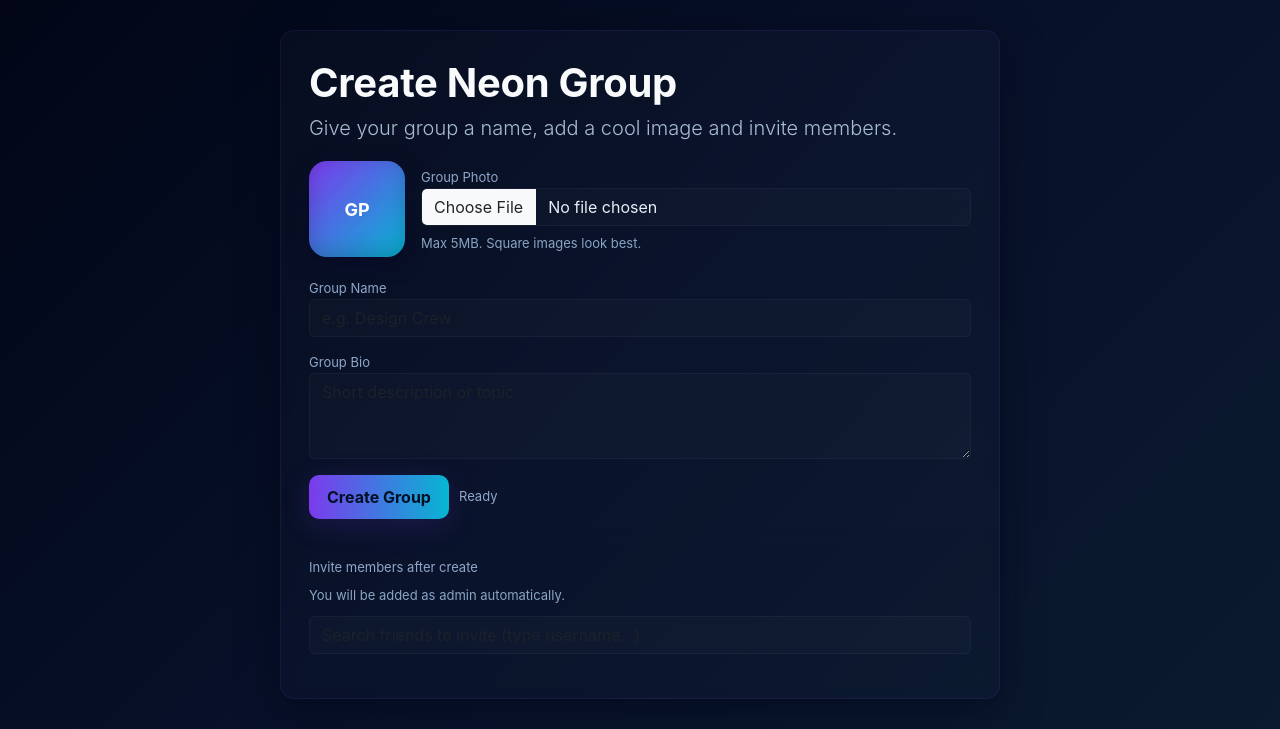
Repository: bharat132002/chat-app
Page: public/create-group.html
An editor plug-in stored every save of this project. The page is shown before and after the next save, followed by the edit.
The browser window is 1280 px wide. The pictures show the whole page.

Above is the page before, as saved 2025-12-10 17:45:32.

### public/create-group.html
<!doctype html>
<html>
<head>
  <meta charset="utf-8">
  <title>Create Group — Neon</title>

  <meta name="viewport" content="width=device-width,initial-scale=1">
  <link href="https://cdn.jsdelivr.net/npm/bootstrap@5.3.2/dist/css/bootstrap.min.css" rel="stylesheet">

  <style>
    :root{
      --bg:#0b0f1a; --panel:#0f1724; --accent:#7c3aed; --accent2:#06b6d4;
      color-scheme: dark;
    }
    body{ background: linear-gradient(135deg,#020617 0%, #071129 50%, #0b1a2f 100%); font-family: Inter, system-ui; min-height:100vh; color:#e6eef8; display:flex; align-items:center; justify-content:center; padding:30px;}
    .card{
      width:100%; max-width:720px; background: linear-gradient(180deg, rgba(255,255,255,0.02), rgba(255,255,255,0.01));
      border:1px solid rgba(124,58,237,0.12); padding:28px; border-radius:14px; box-shadow: 0 10px 40px rgba(2,6,23,0.6);
      backdrop-filter: blur(6px);
    }
    h1{ margin:0 0 6px 0; font-weight:700; color: #f8fafc; letter-spacing: -0.3px; }
    p.lead{ color: #cfe7ff; opacity:0.8; margin-bottom:18px; }
    .avatar-upload{ display:flex; gap:16px; align-items:center; }
    .avatar-preview{
      width:96px; height:96px; border-radius:18px; background:linear-gradient(135deg,var(--accent),var(--accent2)); display:flex; align-items:center; justify-content:center; color:white; font-weight:700; font-size:18px;
      box-shadow: 0 6px 20px rgba(7,6,43,0.6), inset 0 -6px 20px rgba(0,0,0,0.18);
    }
    .file-input{ color:#9fbce9; }
    .form-control{ background: rgba(255,255,255,0.02); border:1px solid rgba(255,255,255,0.04); color:#e6eef8; }
    .neon-btn{ background: linear-gradient(90deg,var(--accent),var(--accent2)); border:none; padding:10px 18px; color:#021024; font-weight:700; border-radius:10px; box-shadow: 0 6px 30px rgba(124,58,237,0.18); }
    .muted{ color: #a8c0e6; opacity:0.85; font-size:13px; }
    .members-list{ margin-top:16px; display:flex; gap:8px; flex-wrap:wrap; }
    .member-pill{ background: rgba(255,255,255,0.03); padding:8px 12px; border-radius:12px; border:1px solid rgba(255,255,255,0.03); }
    .small-note{ font-size:13px; color:#a9c9e9; opacity:0.8; margin-top:8px; }
  </style>
</head>
<body>
  <div class="card">
    <h1>Create Neon Group</h1>
    <p class="lead">Give your group a name, add a cool image and invite members.</p>

    <div class="avatar-upload">
      <div id="avatarPreview" class="avatar-preview">GP</div>
      <div style="flex:1">
        <label class="muted">Group Photo</label>
        <input id="photoInput" type="file" accept="image/*" class="form-control file-input" />
        <div class="small-note">Max 5MB. Square images look best.</div>
      </div>
    </div>

    <div style="margin-top:18px;">
      <label class="muted">Group Name</label>
      <input id="groupName" class="form-control" placeholder="e.g. Design Crew" />
    </div>

    <div style="margin-top:12px;">
      <label class="muted">Group Bio</label>
      <textarea id="groupBio" class="form-control" rows="3" placeholder="Short description or topic"></textarea>
    </div>

    <div style="display:flex; gap:10px; margin-top:16px; align-items:center;">
      <button id="createBtn" class="neon-btn">Create Group</button>
      <div id="status" class="muted">Ready</div>
    </div>

    <hr style="border-color: rgba(255,255,255,0.03); margin-top:18px;" />

    <div class="members-section">
      <label class="muted">Invite members after create</label>
      <div class="small-note">You will be added as admin automatically.</div>

      <div style="margin-top:10px;">
        <input id="searchMember" placeholder="Search friends to invite (type username...)" class="form-control" />
        <div id="searchResults" style="margin-top:10px;"></div>
        <div class="members-list" id="selectedMembers"></div>
        <button id="addMembersBtn" class="neon-btn" style="margin-top:12px; display:none;">Add Selected Members</button>
      </div>
    </div>
  </div>

</body>
</html>

After the next save:
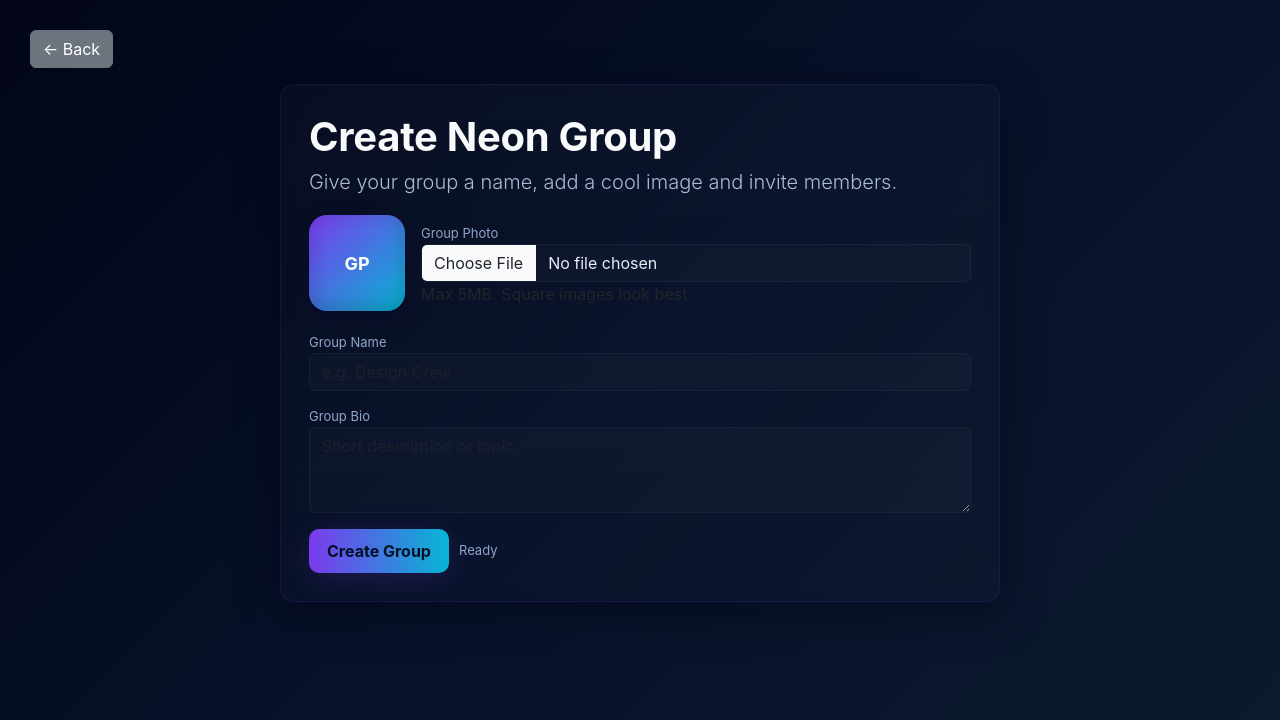
Saved 46 s later.
--- a/public/create-group.html
+++ b/public/create-group.html
@@ -12,33 +12,61 @@
       --bg:#0b0f1a; --panel:#0f1724; --accent:#7c3aed; --accent2:#06b6d4;
       color-scheme: dark;
     }
-    body{ background: linear-gradient(135deg,#020617 0%, #071129 50%, #0b1a2f 100%); font-family: Inter, system-ui; min-height:100vh; color:#e6eef8; display:flex; align-items:center; justify-content:center; padding:30px;}
+    body{ background: linear-gradient(135deg,#020617 0%, #071129 50%, #0b1a2f 100%);
+          font-family: Inter, system-ui;
+          min-height:100vh; color:#e6eef8;
+          padding:30px;
+    }
     .card{
-      width:100%; max-width:720px; background: linear-gradient(180deg, rgba(255,255,255,0.02), rgba(255,255,255,0.01));
-      border:1px solid rgba(124,58,237,0.12); padding:28px; border-radius:14px; box-shadow: 0 10px 40px rgba(2,6,23,0.6);
+      width:100%; max-width:720px; margin:auto;
+      background: linear-gradient(180deg, rgba(255,255,255,0.02), rgba(255,255,255,0.01));
+      border:1px solid rgba(124,58,237,0.12); padding:28px;
+      border-radius:14px; box-shadow: 0 10px 40px rgba(2,6,23,0.6);
       backdrop-filter: blur(6px);
     }
-    h1{ margin:0 0 6px 0; font-weight:700; color: #f8fafc; letter-spacing: -0.3px; }
+    h1{ margin:0 0 6px 0; font-weight:700; color: #f8fafc; letter-spacing:-0.3px; }
     p.lead{ color: #cfe7ff; opacity:0.8; margin-bottom:18px; }
     .avatar-upload{ display:flex; gap:16px; align-items:center; }
     .avatar-preview{
-      width:96px; height:96px; border-radius:18px; background:linear-gradient(135deg,var(--accent),var(--accent2)); display:flex; align-items:center; justify-content:center; color:white; font-weight:700; font-size:18px;
+      width:96px; height:96px; border-radius:18px;
+      background:linear-gradient(135deg,var(--accent),var(--accent2));
+      display:flex; align-items:center; justify-content:center;
+      color:white; font-weight:700; font-size:18px;
       box-shadow: 0 6px 20px rgba(7,6,43,0.6), inset 0 -6px 20px rgba(0,0,0,0.18);
+      background-size: cover;
+      background-position: center;
     }
     .file-input{ color:#9fbce9; }
-    .form-control{ background: rgba(255,255,255,0.02); border:1px solid rgba(255,255,255,0.04); color:#e6eef8; }
-    .neon-btn{ background: linear-gradient(90deg,var(--accent),var(--accent2)); border:none; padding:10px 18px; color:#021024; font-weight:700; border-radius:10px; box-shadow: 0 6px 30px rgba(124,58,237,0.18); }
+    .form-control{
+      background: rgba(255,255,255,0.02);
+      border:1px solid rgba(255,255,255,0.04);
+      color:#e6eef8;
+    }
+    .neon-btn{
+      background: linear-gradient(90deg,var(--accent),var(--accent2));
+      border:none; padding:10px 18px; color:#021024;
+      font-weight:700; border-radius:10px;
+      box-shadow: 0 6px 30px rgba(124,58,237,0.18);
+    }
     .muted{ color: #a8c0e6; opacity:0.85; font-size:13px; }
     .members-list{ margin-top:16px; display:flex; gap:8px; flex-wrap:wrap; }
-    .member-pill{ background: rgba(255,255,255,0.03); padding:8px 12px; border-radius:12px; border:1px solid rgba(255,255,255,0.03); }
-    .small-note{ font-size:13px; color:#a9c9e9; opacity:0.8; margin-top:8px; }
+    .member-pill{
+      background: rgba(255,255,255,0.03);
+      padding:8px 12px; border-radius:12px;
+      border:1px solid rgba(255,255,255,0.03);
+    }
   </style>
 </head>
+
 <body>
+
+  <button onclick="goBack()" class="btn btn-secondary mb-3">← Back</button>
+
   <div class="card">
     <h1>Create Neon Group</h1>
     <p class="lead">Give your group a name, add a cool image and invite members.</p>
 
+    <!-- Avatar Upload -->
     <div class="avatar-upload">
       <div id="avatarPreview" class="avatar-preview">GP</div>
       <div style="flex:1">
@@ -48,35 +76,82 @@
       </div>
     </div>
 
+    <!-- Group Name -->
     <div style="margin-top:18px;">
       <label class="muted">Group Name</label>
       <input id="groupName" class="form-control" placeholder="e.g. Design Crew" />
     </div>
 
+    <!-- Group Bio -->
     <div style="margin-top:12px;">
       <label class="muted">Group Bio</label>
       <textarea id="groupBio" class="form-control" rows="3" placeholder="Short description or topic"></textarea>
     </div>
 
+    <!-- Create Button -->
     <div style="display:flex; gap:10px; margin-top:16px; align-items:center;">
       <button id="createBtn" class="neon-btn">Create Group</button>
       <div id="status" class="muted">Ready</div>
     </div>
 
-    <hr style="border-color: rgba(255,255,255,0.03); margin-top:18px;" />
+  </div>
 
-    <div class="members-section">
-      <label class="muted">Invite members after create</label>
-      <div class="small-note">You will be added as admin automatically.</div>
+  <script>
+    function goBack() { window.location.href = "/index.html"; }
 
-      <div style="margin-top:10px;">
-        <input id="searchMember" placeholder="Search friends to invite (type username...)" class="form-control" />
-        <div id="searchResults" style="margin-top:10px;"></div>
-        <div class="members-list" id="selectedMembers"></div>
-        <button id="addMembersBtn" class="neon-btn" style="margin-top:12px; display:none;">Add Selected Members</button>
-      </div>
-    </div>
-  </div>
+    // Photo preview
+    document.getElementById("photoInput").addEventListener("change", function() {
+        const file = this.files[0];
+        if (!file) return;
+
+        const reader = new FileReader();
+        reader.onload = function(e) {
+            const preview = document.getElementById("avatarPreview");
+            preview.style.backgroundImage = `url('${e.target.result}')`;
+            preview.textContent = "";
+        };
+        reader.readAsDataURL(file);
+    });
+
+    // CREATE GROUP API
+    document.getElementById("createBtn").onclick = async () => {
+        const name = document.getElementById("groupName").value.trim();
+        const bio = document.getElementById("groupBio").value.trim();
+        const file = document.getElementById("photoInput").files[0];
+
+        if (!name) return alert("Group name required!");
+
+        let formData = new FormData();
+        formData.append("name", name);
+        formData.append("bio", bio);
+        if (file) formData.append("photo", file);
+
+        document.getElementById("status").innerText = "Creating...";
+
+        try {
+            const res = await fetch("/api/groups/create", {
+                method: "POST",
+                headers: {
+                    "auth-token": localStorage.getItem("token")
+                },
+                body: formData
+            });
+
+            const data = await res.json();
+            if (!data.success) throw new Error(data.msg);
+
+            document.getElementById("status").innerText = "Group Created ✔";
+
+            setTimeout(() => {
+                window.location.href = "/add-members.html?groupId=" + data.group.id;
+            }, 1000);
+
+        } catch (err) {
+            console.error(err);
+            document.getElementById("status").innerText = "Error!";
+        }
+    };
+  </script>
 
 </body>
 </html>
